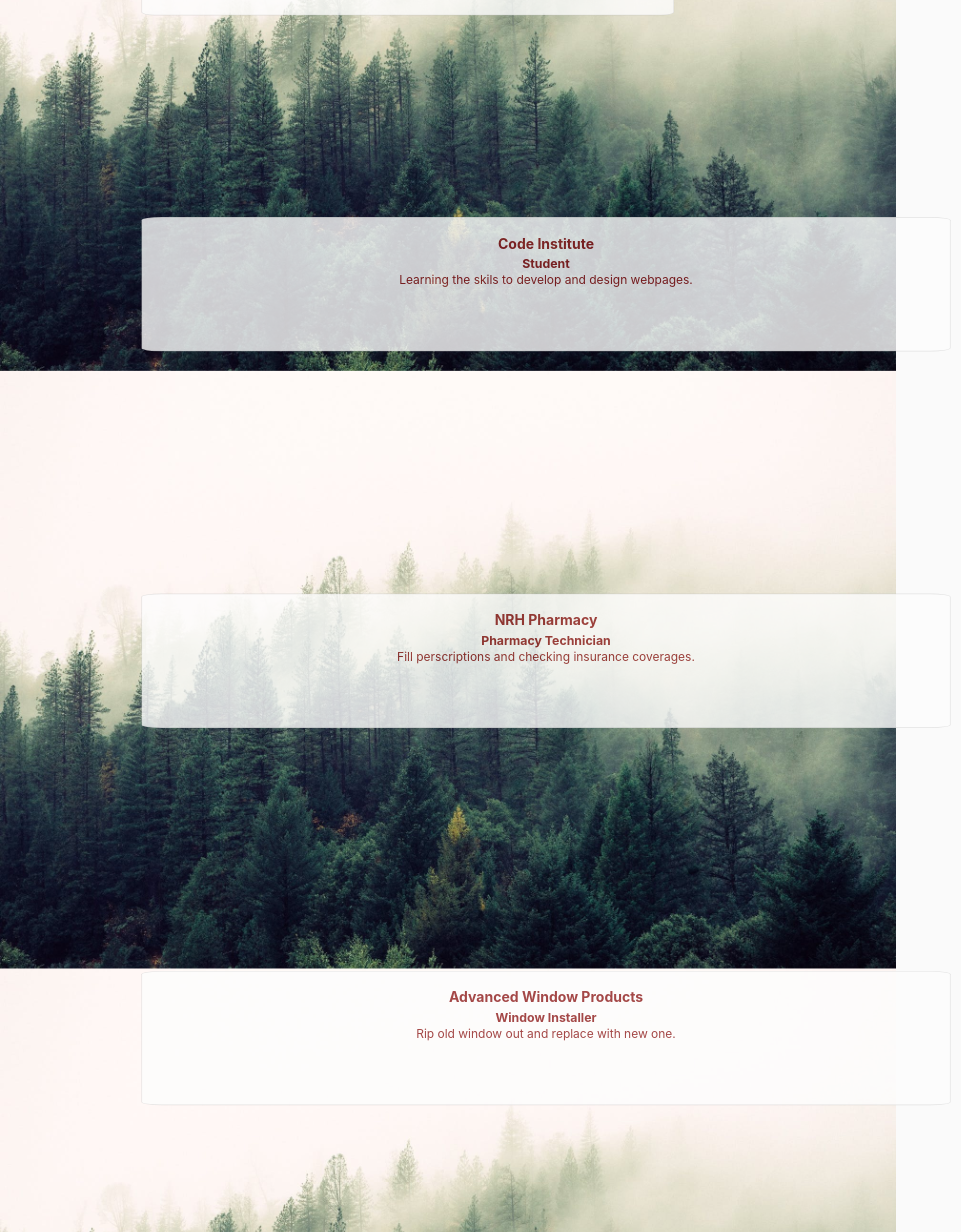
Repository: sshields9591/user-centric-project
Page: index.html
The author's editor kept a record of every edit. The page is drawn from the files as they stood at one moment, then again after the next edit.
The browser window is 1280 px wide. The page is 1373 px wide, so the pictures cover 1373 px, including what lies to the right of the window. The pictures show the part of the page from y = 1510 to 3270 px (the page is 5841 px tall before and 5722 px after), at 70% of full size.
Backgrounds fixed to the window are drawn as part of the page. Some web libraries are served in a nearby version.

Above is the page before.

### index.html
<!DOCTYPE html>
<html lang="en">

<head>


    <meta charset="UTF-8">
    <meta name="viewport" content="width=device-width, initial-scale=1.0">
    <meta http-equiv="X-UA-Compatible" content="ie=edge">
    <link rel="stylesheet" href="https://maxcdn.bootstrapcdn.com/bootstrap/4.1.3/css/bootstrap.min.css">
    <link rel="stylesheet" href="https://use.fontawesome.com/releases/v5.11.1/css/all.css" integrity="sha384-IT8OQ5/IfeLGe8ZMxjj3QQNqT0zhBJSiFCL3uolrGgKRuenIU+mMS94kck/AHZWu" crossorigin="anonymous">
    <link href="https://fonts.googleapis.com/css?family=Roboto:400,700&display=swap" rel="stylesheet">
    <link rel="stylesheet" href="style.css" type="text/css" />

    <title>Steven Shields Portfolio</title>


</head>


<body>


    <!-------JUMBOTRON / NAVBAR------->


    <div class="jumbotron" id="landing-view">
        <div class="container-fluid">
            <div class="container">
                <nav class="navDefault">
                    <div class="dropdown">
                        <button>Explore</button>
                        <ul class="dropdownMenu">
                            <li class="dropdownItem"><a href="#" class="dropdownLink">About</a></li>
                            <li class="dropdownItem"><a href="#" class="dropdownLink">Work</a></li>
                            <li class="dropdownItem"><a href="#" class="dropdownLink">Skills</a></li>
                            <li class="dropdownItem"><a href="#" class="dropdownLink">Contact</a></li>
                        </ul>
                    </div>
                </nav>
            </div>
            <div class="container top">
                <br>
                <br>
                <br>
                <h1 class="name">Steven Shields</h1>
                <p class="title">Full-Stack Software Developer</p>
            </div>
        </div>
    </div>


    <!-------ABOUT ME------->


    <div id="about-me">
        <div class="container-fluid">
            <div class="row about-row" id="about">
                <br>
                <br>
                <h2>About</h2>
            </div>
            <div class="col">
                <p class="about-p">
                    I am currently an accountant for San Saba Construction doing AR and AP duties. I submit payment applications each month to our customers that we do work with, make sure each of our vendors are paid each month to prevent lien notices from going out on a job which will prohibit any further production of the specific job.
                </p>
                <br>
                <p class="about-p">
                    I am also a student at the Code Institute, learning how to develop and design webpages.
                </p>
                <br>
                <p class="about-p">
                    My plans are to be able to work remotely and have the skills needed to develop and design webpages for companies and individuals.
                </p>
                <br>
                <br>
                <br>
            </div>
        </div>
    </div>


    <!-------WORK------->


    <div class="jumbotron" id="work">
        <div class="container-fluid card-container">
            <div class="col col-md-8 project-cards">
                <div class="card">
                    <div class="card-body">
                        <h5 class="card-title">San Saba Construction</h5>
                        <h6 class="card-subtitle">Accountant</h6>
                        <p class="card-text">Accounts Recieveable and Payable.</p>
                    </div>
                </div>
            </div>
            <div class="col col-md-12 project-cards">
                <div class="card">
                    <div class="card-body">
                        <h5 class="card-title">Code Institute</h5>
                        <h6 class="card-subtitle">Student</h6>
                        <p class="card-text">Learning the skils to develop and design webpages.</p>
                    </div>
                </div>
            </div>
            <div class="col col-md-12 project-cards">
                <div class="card">
                    <div class="card-body">
                        <h5 class="card-title">NRH Pharmacy</h5>
                        <h6 class="card-subtitle">Pharmacy Technician</h6>
                        <p class="card-text">Fill perscriptions and checking insurance coverages.</p>
                    </div>
                </div>
            </div>
            <div class="col col-md-12 project-cards">
                <div class="card">
                    <div class="card-body">
                        <h5 class="card-title">Advanced Window Products</h5>
                        <h6 class="card-subtitle">Window Installer</h6>
                        <p class="card-text">Rip old window out and replace with new one.</p>
                    </div>
                </div>
            </div>
            <div class="col col-md-12 project-cards">
                <div class="card">
                    <div class="card-body">
                        <h5 class="card-title">Texas Health Resources</h5>
                        <h6 class="card-subtitle">ER PCT</h6>
                        <p class="card-text">Ensure the well being of all patients that came in, completing basic nursing tasks.</p>
                    </div>
                </div>
            </div>
            <div class="col col-md-12 project-cards">
                <div class="card">
                    <div class="card-body">
                        <h5 class="card-title">Unclaimed Freight</h5>
                        <h6 class="card-subtitle">Furniture Salesman</h6>
                        <p class="card-text">Selling goods, handling cash and ensuring their delivery at specific times.</p>
                    </div>
                </div>
            </div>
        </div>
    </div>


    <!-------SKILLS------->


    <div class="skills-section" id="skills">
        <div class="container-fluid">
            <div class="row skills-row">
                <br>
                <br>
                <h2>Skills Learning</h2>
            </div>
            <div class="contianer skills-inner">
                <div class="col col-md-3 skill-circle">
                    <div class="arc-container">
                        <div class="arc-overlay">
                            <p class="html">.html</p>
                        </div>
                        <div class="arc-wrapper">
                        </div>
                    </div>
                </div>
                <div class="col col-md-3 skill-circle">
                    <div class="arc-container">
                        <div class="arc-overlay">
                            <p class="css">.css</p>
                        </div>
                        <div class="arc-wrapper">
                        </div>
                    </div>
                </div>
                <div class="col col-md-3 skill-circle">
                    <div class="arc-container">
                        <div class="arc-overlay">
                            <p class="js">.js</p>
                        </div>
                        <div class="arc-wrapper">
                        </div>
                    </div>
                </div>
                <div class="col col-md-3 skill-circle">
                    <div class="arc-container">
                        <div class="arc-overlay">
                            <p class="py">.py</p>
                        </div>
                        <div class="arc-wrapper">
                        </div>
                    </div>
                </div>
                <div class="col col-md-3 skill-circle">
                    <div class="arc-container">
                        <div class="arc-overlay">
                            <p class="sql">.sql</p>
                        </div>
                        <div class="arc-wrapper">
                        </div>
                    </div>
                </div>
                <div class="col col-md-3 skill-circle">
                    <div class="arc-container">
                        <div class="arc-overlay">
                            <p class="django">.dj</p>
                        </div>
                        <div class="arc-wrapper">
                        </div>
                    </div>
                </div>
            </div>
        </div>
    </div>


    <!-------CONTACT------->


    <div class="jumbotron" id="contact">
        <div class="container-fluid">
            <div class="col contact-form">
                <br>
                <h2 class="contact-head" id="contact-head">Contact</h2>
                <br>
                <form class="contact">
                    <div class="row">
                        <div class="form-group">
                            <input type="text" class="form-control" id="exampleInputName" name="Name" placeholder="Name" required/>
                        </div>
                    </div>
                    <br>
                    <div class="row">
                        <div class="form-group">
                            <input type="text" class="form-control" id="exampleInputPhone" name="Phone" placeholder="Phone">
                        </div>
                    </div>
                    <br>
                    <div class="row">
                        <div class="form-group">
                            <input type="email" class="form-control" id="exampleInputEmail1" name="Email" placeholder="Email" required>
                        </div>
                    </div>
                    <br>
                    <div class="row">
                        <div class="form-group message">
                            <textarea class="form-control" name="message" rows="6" placeholder="Message" required></textarea>
                        </div>
                    </div>
                    <br>
                    <input type="submit" value="Send" class="btn btn-default">
                </form>
            </div>
        </div>
    </div>


    <!-------FOOTER------->


    <footer>
        <div class="container-fluid">
            <div class="row foot">
                <div class="col icons">
                    <a href="https://www.linkedin.com/in/steven-shields-64689118a/"><i class="fab fa-linkedin-in alignment"></i></a>
                    <a href="https://www.github.com/sshields9591"><i class="fab fa-github alignment"></i></a>
                    <a href="resume.docx"><i class="fas fa-file-download alignment"></i></a>
                    <a href="#" style='padding-right: 0px'><i class="fab fa-facebook alignment"></i></a>
                </div>
            </div>
        </div>
    </footer>


    <!-------------->


    <script src="https://code.jquery.com/jquery-3.2.1.slim.min.js" integrity="sha384-KJ3o2DKtIkvYIK3UENzmM7KCkRr/rE9/Qpg6aAZGJwFDMVNA/GpGFF93hXpG5KkN" crossorigin="anonymous"></script>
    <script src="https://cdnjs.cloudflare.com/ajax/libs/popper.js/1.12.9/umd/popper.min.js" integrity="sha384-ApNbgh9B+Y1QKtv3Rn7W3mgPxhU9K/ScQsAP7hUibX39j7fakFPskvXusvfa0b4Q" crossorigin="anonymous"></script>
    <script src="https://maxcdn.bootstrapcdn.com/bootstrap/4.0.0/js/bootstrap.min.js" integrity="sha384-JZR6Spejh4U02d8jOt6vLEHfe/JQGiRRSQQxSfFWpi1MquVdAyjUar5+76PVCmYl" crossorigin="anonymous"></script>



</body>


</html>

### style.css
body {
    background-color: #fafafa;
    color: #8e1c1c;
}


/*-------NAVBAR-------*/

.navDefault {
    position: fixed;
    top: 0;
    right: 0;
    background-color: transparent;
}

button {
    border: none;
    background-color: #8e1c1c;
    width: 100px;
    height: 50px;
    color: #fff;
    text-transform: uppercase;
    cursor: pointer;
}

.dropdownMenu {
    list-style: none;
    margin: 0;
    padding: 0;
    position: absolute;
    left: 0;
    right: 0;
    top: 50;
    z-index: -1;
    width: 100px;
    box-shadow: 0px 6px 10px 0px rgba(0, 0, 0, 0.2);
    text-align: center;
    transform: translateY(-100%);
    transition: transform .5s ease-in-out;
}

.dropdownLink {
    text-decoration: none;
    display: block;
    background-color: #fafafa;
    color: #8e1c1c;
    padding: 10px 5px;
    transition: background-color .5s ease-in-out, color .5s ease-in-out;
}

.dropdownLink:hover {
    color: #fff;
    background-color: #8e1c1c;
}

.dropdown {
    width: 100px;
    position: relative;
}

.dropdown:hover button {
    background-color: #8e1c1c;
}

.dropdown:hover .dropdownMenu {
    transform: translateY(0);
}


/*-------JUMBOTRON-------*/

#landing-view {
    background-image: url(images/landing.jpg);
    background-attachment: fixed;
    background-position: center;
    background-size: cover;
    height: 100vh;
    background-repeat: no-repeat;
}

.top {
    padding-left: 12px;
    text-align: center;
}

h1 {
    padding-top: 5%;
    font-size: 5em;
}

.jumbotron p {
    font-size: 2.5em;
}


/*-------ABOUT ME-------*/

.about-row {
    padding-top: 10px;
    font-size: 1.75em;
    line-height: 2;
}

h2 {
    margin-left: 15px;
    letter-spacing: 5px;
    text-transform: uppercase;
}

.about-p {
    font-size: 1.2em;
}


/*-------WORK-------*/

#work {
    background-image: url(images/tree-fog.jpg);
    background-attachment: fixed;
    background-position: center;
    background-repeat: no-repeat;
    background-size: cover;
    padding-top: 40px;
    padding-bottom: 40px;
}

.project-cards {
    display: inline-table;
    justify-content: center;
    align-items: center;
}

.card {
    background-color: #fdfdfd;
    border-radius: 2.5%;
    height: 16em;
    top: 50%;
    margin: 15% auto;
    padding: 15px;
    align-items: center;
    z-index: 2;
    display: block;
    opacity: 0.8;
}

.card-body {
    text-align: center;
    padding-top: 10px;
}

.card-title {
    font-size: 1.25em;
    font-weight: bold;
}

.card-subtitle {
    font-size: 1.1em;
    font-weight: bold;
}

.card-body .card-text {
    font-size: 1.07em;
}


/*-------SKILLS-------*/

#skills {
    position: relative;
    top: 12%;
    padding-bottom: 96px;
}

.skills {
    margin-top: 70px;
}

.skills-inner {
    margin-left: 30px;
}

.skill-circle {
    display: inline-table;
    margin-bottom: 55px;
    padding-left: 18%;
}

.arc-wrapper {
    width: 120px;
    height: 120px;
    border-radius: 150px;
    background: #d3d3d3;
    overflow: hidden;
    left: 0px;
    top: 50px;
    position: absolute;
}

.arc-overlay {
    width: 110px;
    height: 110px;
    background-color: #fafafa;
    padding-left: 20px;
    padding-top: 6px;
    box-sizing: border-box;
    -moz-box-sizing: border-box;
    line-height: 100px;
    font-weight: 400;
    text-shadow: 0 1px 0 #fff;
    font-size: 22px;
    border-radius: 100px;
    position: absolute;
    z-index: 5;
    top: 55px;
    left: 5px;
}

.arc-container {
    position: relative;
    height: 130px;
    width: 130px;
}

.html {
    padding-left: 18px;
}

.css {
    padding-left: 18px;
}

.js {
    padding-left: 18px;
}

.py {
    padding-left: 18px;
}

.sql {
    padding-left: 18px;
}

.django {
    padding-left: 18px;
}


/*-------CONTACT-------*/

#contact {
    background-attachment: fixed;
    background-image: url('images/river.jpg');
    background-position: center;
    background-size: cover;
    height: 115vh;
    width: 100vw;
    background-repeat: no-repeat;
}

.contact-form {
    position: relative;
    top: 6%;
}

.contact {
    margin-left: 30px;
}

#contact-head {
    margin-left: -30px;
}

.btn {
    background-color: #8e1c1c;
    color: #fff;
    margin-left: 50px;
}


/*-------FOOTER-------*/

footer {
    border-color: transparent;
    text-align: center;
}

.foot {
    margin-bottom: 20px;
}

a {
    padding: 5px 5px 15px 15px;
    background-color: transparent;
}

.alignment {
    line-height: 2px;
}

i {
    display: inline-block;
    color: #8f8f8f;
    width: 41px;
    height: 25px;
    font-size: 28px;
    text-align: center;
    margin-top: 2.5px;
    margin-bottom: 2.5px;
}


/*-------MEDIA QUERIES------*/

@media (min-width: 768px) and (max-width: 1024px) {

    /*--JUMBOTRON--*/

    .name {
        padding-top: 0px;
    }

    h1 {
        font-size: 10em;
    }

    .jumbotron p {
        font-size: 4em;
    }

    /*--ABOUT--*/

    .about-p {
        font-size: 1.8em;
    }

    /*--WORK--*/

    .card-container {
        width: 77vw;
    }

    .card {
        height: 12em;
        padding: 8px;
    }

    .project-cards {
        margin-left: 60px;
    }

    /*--SKILLS--*/

    .skill-circle {
        margin-left: 30px;
        padding-left: 30px;
    }

    /*--CONTACT--*/

    #contact {
        padding: 0px 10px;
        height: 100vh;
    }

    .contact {
        margin-top: 60px;
    }

    .contact-head {
        margin-left: -30px;
    }

    .form-control {
        width: 50vw;
    }

    .form-group {
        padding: 0px;
        margin-left: 190px;
        margin-bottom: 20px;
    }

    .btn {
        margin-left: 400px;
    }
}

@media (min-width: 1025px) {

    /*--JUMBOTRON--*/

   .name{
       padding-top: 0px;
   }

    h1 {
        font-size: 10em;
    }

    .jumbotron p {
        font-size: 4em;
    }

    /*--WORK--*/

    .project-cards {
        margin-left: 140px;
    }

    .card {
        height: 12em;
    }

    /*--CONTACT--*/

    .form-group {
        margin-left: 250px;
    }

    .form-control {
        width: 50vw;
    }
    .btn {
        margin-left: 550px;
    }

    /*--FOOTER--*/

    footer {
        margin-right: 60px;
    }

    i {
        margin-right: 50px;
    }
}

After the next edit:
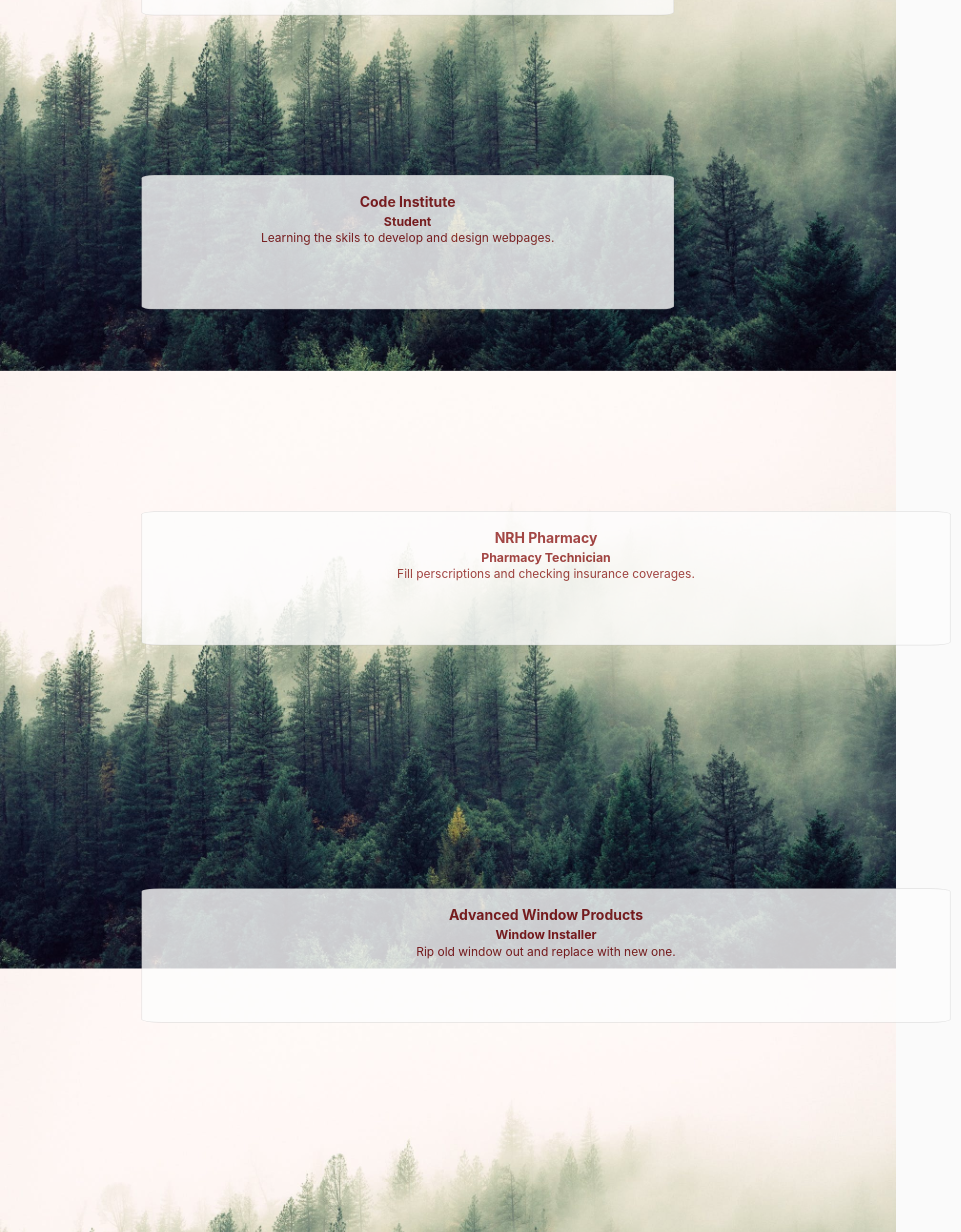
The edit:
--- a/index.html
+++ b/index.html
@@ -94,7 +94,7 @@
                     </div>
                 </div>
             </div>
-            <div class="col col-md-12 project-cards">
+            <div class="col col-md-8 project-cards">
                 <div class="card">
                     <div class="card-body">
                         <h5 class="card-title">Code Institute</h5>
